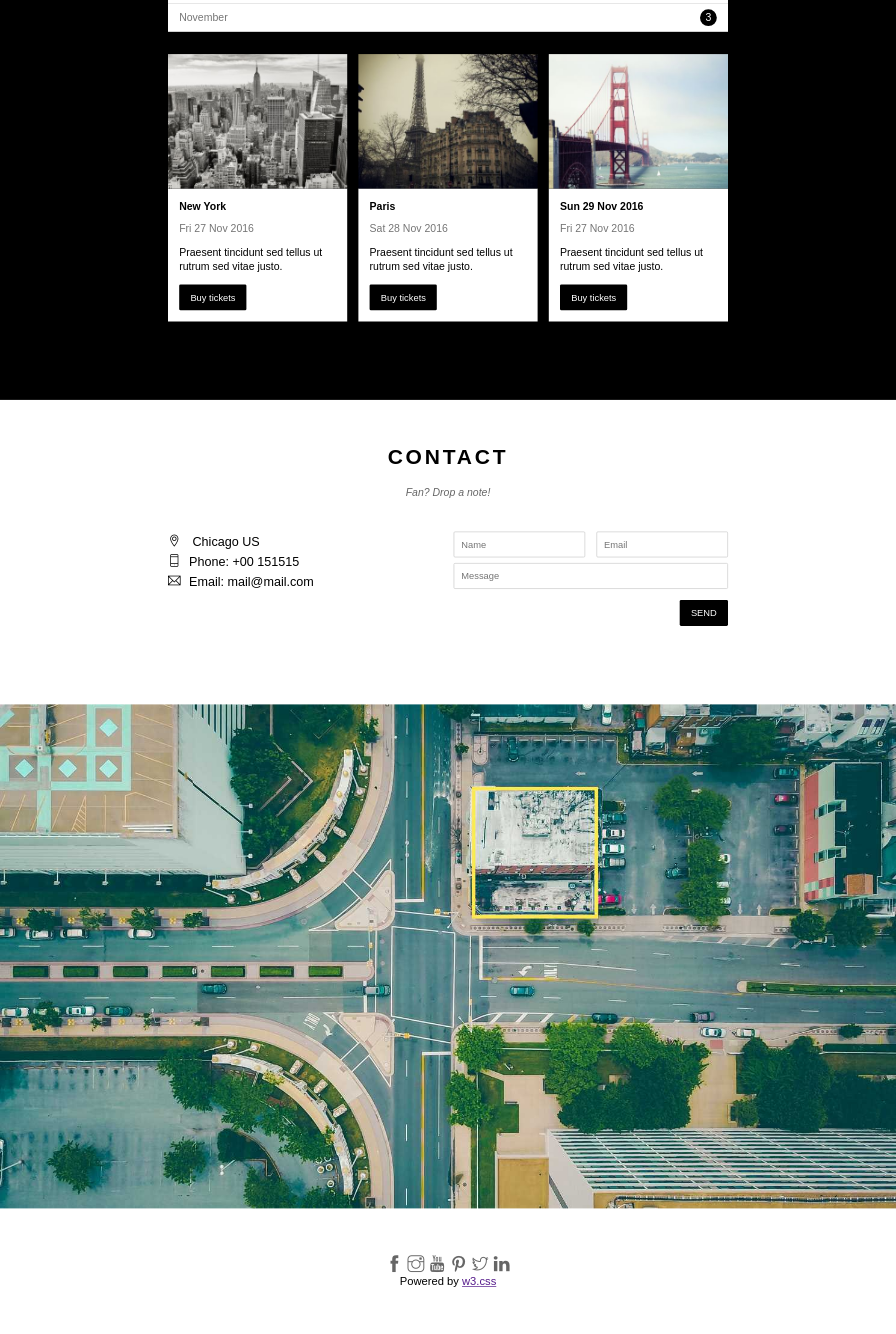
Repository: Phunobita/The-band-w3school
Page: index.html
These files come from the project's save history. The page is drawn as it stood at one moment and after the next save; the edit follows.
The browser window is 1280 px wide. The pictures show the part of the page from y = 1245 to 3165 px (the page is 3150 px tall before and 3165 px after), at 70% of full size.
A picture or video elsewhere on the page could not be fetched, so the positions and the page height are approximate.

Above is the page before, as saved 2021-12-03 16:52:53.

### index.html
<!DOCTYPE html>
<html lang="en">

<head>
    <meta charset="UTF-8">
    <meta http-equiv="X-UA-Compatible" content="IE=edge">
    <meta name="viewport" content="width=device-width, initial-scale=1.0">
    <title>The band</title>
    <link rel="stylesheet" href="./assets/fonts/themify-icons-font/themify-icons/themify-icons.css">
    <link rel="stylesheet" href="./assets/css/style.css">
</head>

<body>
    <div id="main">
        <div id="header">
            <!--Begin nav-->
            <ul id="nav">
                <li><a href="">Home</a></li>
                <li><a href="">Band</a></li>
                <li><a href="">Tour</a></li>
                <li><a href="">Contact</a></li>
                <li>
                    <a href="">
                        More
                        <i class="nav-arrow-down ti-angle-down"></i>
                    </a>
                    <ul class="subnav">
                        <li><a href="">Merchandise</a></li>
                        <li><a href="">Extras</a></li>
                        <li><a href="">Media</a></li>
                    </ul>
                </li>
            </ul>
            <!--End nav-->
            <div class="search-btn">
                <i class="search-icon ti-search"></i>
            </div>
        </div>

        <div id="slider">
            <img src="./assets/img/chicago.jpg" alt="" class="slider__img">
            <div class="text-content">
                <h2 class="heading">New York</h2>
                <div class="content">The atmosphere in New York is lorem ipsum</div>
            </div>

        </div>
        <!--About section-->
        <div id="content">
            <div class="content-section">
                <h2 class="section-heading">THE BAND</h2>
                <p class="section-sub-heading">We love music</p>
                <p class="about-text">We have created a fictional band website. Lorem ipsum dolor sit amet, consectetur
                    adipiscing elit, sed do eiusmod tempor incididunt ut labore et dolore magna aliqua. Ut enim ad minim
                    veniam, quis nostrud exercitation ullamco laboris nisi ut aliquip ex ea commodo consequat. Duis aute
                    irure dolor in reprehenderit in voluptate velit esse cillum dolore eu fugiat nulla pariatur.
                    Excepteur sint occaecat cupidatat non proident, sunt in culpa qui officia deserunt mollit anim id
                    est laborum consectetur adipiscing elit, sed do eiusmod tempor incididunt ut labore et dolore magna
                    aliqua. Ut enim ad minim veniam, quis nostrud exercitation ullamco laboris nisi ut aliquip ex ea
                    commodo consequat.</p>
                <div class=" row member-list">
                    <div class="col col-third text-center">
                        <p class="member-name">Name</p>
                        <img src="./assets/img/tv.jpg" alt="Name" class="member-img">
                    </div>
                    <div class="col col-third text-center">
                        <p class="member-name">Name</p>
                        <img src="./assets/img/tv.jpg" alt="Name" class="member-img">
                    </div>
                    <div class="col col-third text-center">
                        <p class="member-name">Name</p>
                        <img src="./assets/img/tv.jpg" alt="Name" class="member-img">
                    </div>
                </div>
            </div>

            <!--Tour section-->
            <div class="tour__section">
                <div class="content-section">
                    <h2 class="section-heading text-white">TOUR DATES</h2>
                    <p class="section-sub-heading text-white">Remember to book your tickets!</p>

                    <ul class="ticket__list">
                        <li class="ticket__list-item">
                            September
                            <span class="sold-out">Sold out</span>
                        </li>
                        <li class="ticket__list-item">
                            October
                            <span class="sold-out">Sold out</span>
                        </li>
                        <li class="ticket__list-item">
                            November
                            <span class="quantity">3</span>
                        </li>
                    </ul>
                    <div class="row place__list">
                        <div class="col col-third ">
                            <img src="./assets/img/newyork.jpg" alt="New York" class="place__img">
                            <div class="place-body">
                                <h3 class="place-heading">New York</h3>
                                <p class="place-time">Fri 27 Nov 2016</p>
                                <p class="place-description">Praesent tincidunt sed tellus ut rutrum sed vitae justo.
                                </p>
                                <button href="#" class="btn js-buy-ticket">Buy tickets</button>
                            </div>
                        </div>
                        <div class="col col-third ">
                            <img src="./assets/img/paris.jpg" alt="New York" class="place__img">
                            <div class="place-body">
                                <h3 class="place-heading">Paris</h3>
                                <p class="place-time">Sat 28 Nov 2016</p>
                                <p class="place-description">Praesent tincidunt sed tellus ut rutrum sed vitae justo.
                                </p>
                                <button href="#" class="btn js-buy-ticket">Buy tickets</button>
                            </div>
                        </div>
                        <div class="col col-third ">
                            <img src="./assets/img/sanfran.jpg" alt="New York" class="place__img">
                            <div class="place-body">
                                <h3 class="place-heading">Sun 29 Nov 2016</h3>
                                <p class="place-time">Fri 27 Nov 2016</p>
                                <p class="place-description">Praesent tincidunt sed tellus ut rutrum sed vitae justo.
                                </p>
                                <button href="#" class="btn js-buy-ticket">Buy tickets</button>
                            </div>
                        </div>
                    </div>
                </div>
            </div>
            <!--Contact section-->
            <div class="content-section">
                <h2 class="section-heading">CONTACT</h2>
                <p class="section-sub-heading">Fan? Drop a note!</p>

                <div class="row contact-content">
                    <div class="col col-half contact-info">
                        <p><i class="contact-icon ti-location-pin"></i> Chicago US</p>
                        <p><i class="contact-icon ti-mobile"></i>Phone: +00 151515</p>
                        <p><i class="contact-icon ti-email"></i>Email: mail@mail.com</p>
                    </div>
                    <div class="col col-half contact-form">
                        <form action="">
                            <div class="row">
                                <div class="col col-half">
                                    <input type="text" name="" required id="" class="form-control" placeholder="Name">
                                </div>
                                <div class="col col-half">
                                    <input type="email" name="" required id="" class="form-control" placeholder="Email">
                                </div>
                            </div>
                            <div class="row mt-8">
                                <div class="col col-full">
                                    <input type="" name="" required id="" class="form-control" placeholder="Message">
                                </div>
                            </div>
                            <input class="btn pull-right mt-16" type="submit" value="SEND">
                        </form>
                    </div>
                </div>
            </div>

            <div class="map-section">
                <img src="/assets/img/map (1).jpg" alt="">

            </div>

            <div id="footer">
                <div class="social-list">
                    <a href=""><i class="ti-facebook"></i></a>
                    <a href=""><i class="ti-instagram"></i></a>
                    <a href=""><i class="ti-youtube"></i></a>
                    <a href=""><i class="ti-pinterest"></i></a>
                    <a href=""><i class="ti-twitter"></i></a>
                    <a href=""><i class="ti-linkedin"></i></a>
                </div>
                <p class="copyright">Powered by <a href="">w3.css</a></p>
            </div>
        </div>

        <div class="modal js-modal">
            <div class="modal-container js-modal-container">
                <div class="modal-close js-modal-close">
                    <i class="ti-close"></i>
                </div>

                <header class="modal-header">
                    <i class="modal-heading-icon ti-bag"></i>
                    Tickets
                </header>

                <div class="modal-body">
                    <label for="ticket-quantity" class="modal-label">
                        <i class="ti-shopping-cart"></i>
                        Tickets, $15 per person
                    </label>
                    <input id="ticket-quantity" type="text" class="modal-input" placeholder="How many?">

                    <label for="ticket-email" class="modal-label">
                        <i class="ti-user"></i>
                        Send To
                    </label>
                    <input id="ticket-email" type="email" class="modal-input" placeholder="Enter email">
                    <button id="buy-ticket">
                        Pay <i class="ti-check"></i>
                    </button>
                </div>
                <footer class="modal-footer">
                    <p class="modal-help">Need <a href="">help?</a></p>
                </footer>
            </div>
        </div>
    </div>

    <script>
        const buyBtns = document.querySelectorAll('.js-buy-ticket')
        const modal = document.querySelector('.js-modal')
        const modalContainer = document.querySelector('.js-modal-container')
        const modalClose = document.querySelector('.js-modal-close')

        function showBuyTickets() {
            modal.classList.add('open')
        }

        function hideBuyTickets() {
            modal.classList.remove('open')
        }

        for (const buyBtn of buyBtns) {
            buyBtn.addEventListener('click', showBuyTickets)
        }

        modalClose.addEventListener('click', hideBuyTickets)
        modal.addEventListener('click', hideBuyTickets)
        modalContainer.addEventListener('click', function (event) {
            event.stopPropagation()
        }
        )
    </script>
</body>

</html>

### assets/css/style.css
* {
  padding: 0;
  margin: 0;
  box-sizing: border-box;
}
html {
  font-family: Arial, Helvetica, sans-serif;
}
/*
1.vi tri
2. kich thuoc
3.Mau sac
4. Hinh dang
*/
.clear {
  clear: both;
}

.text-white {
  color: #fff !important;
}

.text-center {
  text-align: center !important;
}

.pull-right {
  float: right;
}
.row {
  margin-left: -8px;
  margin-right: -8px;
}
.row::after {
  content: "";
  display: block;
  clear: both;
}

.col {
  float: left;
  padding-left: 8px;
  padding-right: 8px;
}

.col-full {
  width: 100%;
}

.col-half {
  width: 50%;
}
.col-third {
  width: 33.3333%;
}

.mt-8 {
  margin-top: 8px !important;
}

.mt-16 {
  margin-top: 16px !important;
}

.btn {
  display: inline-block;
  background-color: black;
  border: none;
  color: #fff;
  text-decoration: none;
  padding: 11px 16px;
  margin-top: 15px;
  border-radius: 2px;
  cursor: pointer;
}
.btn:hover {
  color: #000;
  background-color: #ccc;
}
#main {
}
#header {
  height: 46px;
  background-color: black;
  position: fixed;
  top: 0;
  left: 0;
  right: 0;
  z-index: 1;
}
#nav {
  display: inline-block;
}
#nav,
.subnav {
  list-style-type: none;
}
#nav > li > a {
  color: #fff;
  text-transform: uppercase;
}
#nav li a {
  text-decoration: none;
  line-height: 46px;
  padding: 0 24px;
  display: block;
}
#nav > li:hover > a,
#nav .subnav li:hover a {
  color: black;
  background-color: #ccc;
}
#nav li:hover .subnav {
  display: block;
}
#nav > li {
  display: inline-block;
  position: relative;
}
#nav .nav-arrow-down {
  font-size: 14px;
}
#nav .subnav {
  display: none;
  min-width: 160px;
  position: absolute;
  top: 100%;
  background-color: white;
  box-shadow: 0 0 10px rgba(0, 0, 0, 0.3);
}
#nav .subnav a {
  color: black;
  padding: 0 12px;
  line-height: 38px;
}
#header .search-btn {
  float: right;
  padding: 0 21px;
  cursor: pointer;
}
#header .search-icon {
  color: #fff;
  font-size: 20px;
  line-height: 46px;
}
#header .search-btn:hover {
  background-color: #f44336;
}
#slider {
  margin-top: 46px;
  position: relative;
  background: url("/assets/img/chicago.jpg") top center / cover no-repeat;
}
#slider .text-content {
  position: absolute;
  bottom: 47px;
  color: white;
  width: 100%;
  text-align: center;
}
#silder .heading {
  font-weight: 500px;
  font-size: 24px;
}
#slider .content {
  font-size: 15px;
  margin-top: 25px;
}
#content {
}
#content .content-section {
  padding: 64px 0 112px;
  width: 800px;
  margin-left: auto;
  margin-right: auto;
}
#content .section-heading {
  font-size: 30px;
  font-weight: 500px;
  text-align: center;
  letter-spacing: 4px;
}
#content .section-sub-heading {
  font-size: 15px;
  text-align: center;
  margin-top: 25px;
  font-style: italic;
  opacity: 0.6;
}
#content .about-text {
  margin-top: 25px;
  text-align: justify;
  line-height: 1.4;
  font-size: 15px;
}

#content .member-list {
  margin-top: 48px;
}
#content .member-name {
  font-size: 15px;
  margin-bottom: 15px;
}
#content .member-img {
  width: 154px;
  border-radius: 4px;
}

/* Tour section */
.tour__section {
  background-color: #000;
}

.ticket__list {
  background-color: #fff;
  margin-top: 40px;
  list-style: none;
}
.ticket__list-item {
  color: #757575;
  font-size: 15px;
  padding: 11px 16px;
  border-bottom: 1px solid #ddd;
}
.ticket__list .sold-out {
  color: #fff;
  background-color: #f44336;
  padding: 3px 4px;
  margin-left: 16px;
}
.ticket__list .quantity {
  float: right;
  width: 24px;
  height: 24px;
  background-color: #000;
  color: #fff;
  border-radius: 50%;
  text-align: center;
  line-height: 24px;
  margin-top: -3px;
}

/*  Place body*/
.place__list {
  margin-top: 32px;
}

.place__img {
  width: 100%;
  display: block;
}
.place__img:hover {
  opacity: 0.7;
}
.place-body {
  background-color: #fff;
  padding: 16px;
  font-size: 15px;
}
.place-heading {
  font-size: 15px;
  font-weight: 600;
}
.place-time {
  margin-top: 15px;
  color: #757575;
}
.place-description {
  margin-top: 15px;
  line-height: 1.4;
}

/* Modal */
.modal {
  position: fixed;
  top: 0;
  left: 0;
  bottom: 0;
  right: 0;
  background-color: rgba(0, 0, 0, 0.4);
  align-items: center;
  justify-content: center;
  display: none;
}
.modal.open {
  display: flex;
}
.modal-container {
  background-color: #fff;
  width: 900px;
  max-width: calc(100% - 32px);
  min-height: 200px;
  position: relative;
  animation: modalFadeIn ease 0.5s;
}
.modal-header {
  background-color: #009688;
  height: 130px;
  display: flex;
  align-items: center;
  justify-content: center;
  font-size: 30px;
  color: #fff;
}
.modal-heading-icon {
  margin-right: 16px;
}
.modal-close {
  position: absolute;
  right: 0;
  top: 0;
  padding: 16px;
  cursor: pointer;
  color: #fff;
}
.modal-close:hover {
  background-color: #ccc;
}
.modal-body {
  padding: 16px;
}

.modal-label {
  display: block;
  font-size: 15px;
  margin-bottom: 12px;
}

.modal-input {
  border: 1px solid #ccc;
  font-size: 15px;
  width: 100%;
  padding: 10px;
  margin-bottom: 24px;
}
#buy-ticket {
  background-color: #009688;
  border: none;
  width: 100%;
  padding: 18px;
  font-size: 15px;
  color: #fff;
  text-transform: uppercase;
  font-weight: 700;
  cursor: pointer;
}
#buy-ticket:hover {
  opacity: 0.8;
}

.modal-footer {
  padding: 16px;
  text-align: right;
}
.modal-help a {
  color: #2196f3;
}

/* Contact form */
.contact-content {
  margin-top: 48px;
}

.contact-info {
  font-size: 18px;
  line-height: 1.6;
}

.contact-icon {
  display: inline-block;
  width: 30px;
}

.contact-form {
  font-size: 15px;
}

.contact-form .form-control {
  padding: 10px;
  border: 1px solid #ccc;
  width: 100%;
  outline: border 1px solid;
}
.contact-form input {
  border-radius: 2px;
}
/* map section */
.map-section img {
  width: 100%;
}

#footer {
  padding: 64px 16px;
  text-align: center;
}

#footer .social-list {
  font-size: 24px;
}
#footer .social-list a {
  color: rgba(0, 0, 0, 0.6);
  text-decoration: none;
}

#footer .social-list a :hover {
  color: rgba(0, 0, 0, 0.4);
}
@keyframes modalFadeIn {
  from {
    opacity: 0;
    transform: translateY(-150px);
  }
  to {
    opacity: 1;
    transform: translateY(0);
  }
}

Loaded but not shown: assets/fonts/themify-icons-font/themify-icons/themify-icons.css (common file)

After the next save:
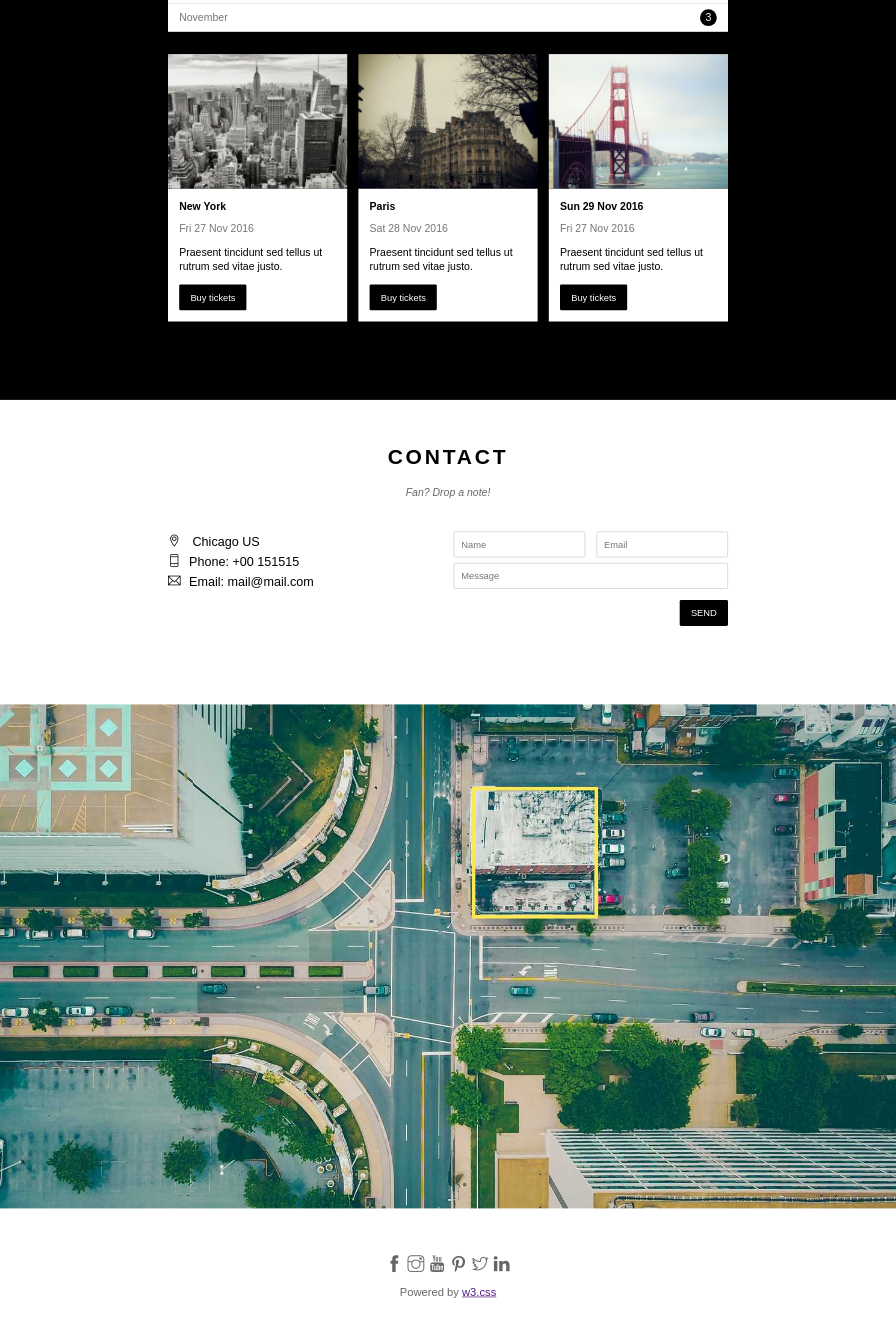
Saved 50 s later.
--- a/assets/css/style.css
+++ b/assets/css/style.css
@@ -405,6 +405,11 @@
 #footer .social-list a :hover {
   color: rgba(0, 0, 0, 0.4);
 }
+
+#footer .copyright {
+  margin-top: 15px;
+  color: rgba(0, 0, 0, 0.6);
+}
 @keyframes modalFadeIn {
   from {
     opacity: 0;
